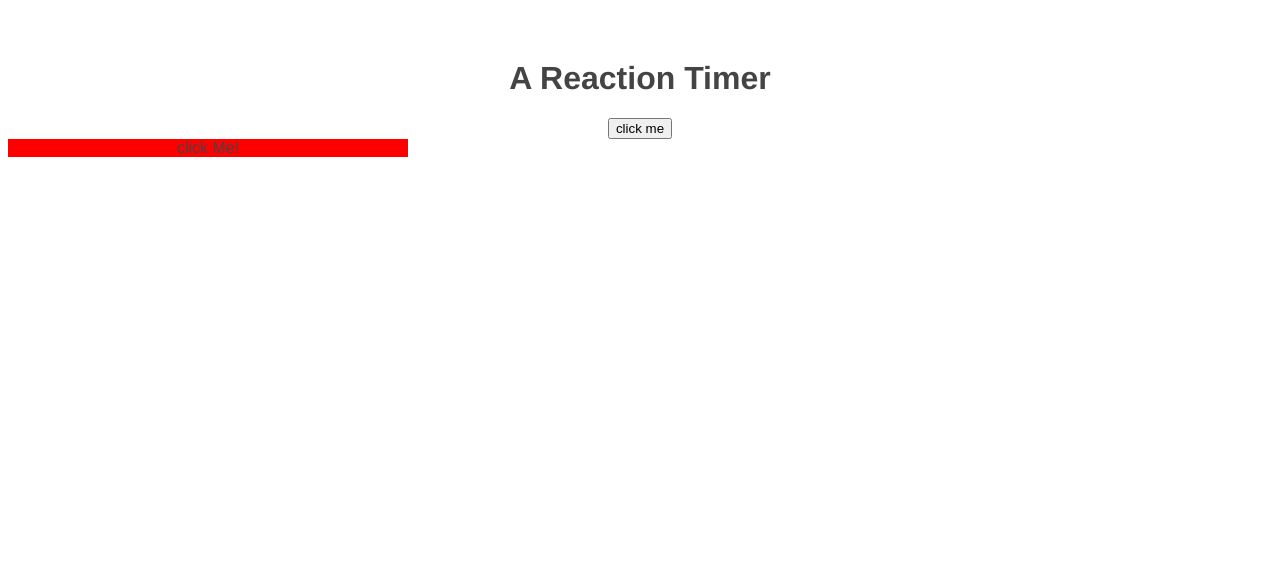
Repository: qudos4real/reaction-timer
Page: /
These files come from the project's save history. The page is drawn as it stood at one moment and after the next save; the edit follows.
The browser window is 1280 px wide. The pictures show the whole page.
The project was rebuilt for these pictures with package versions that can differ from the ones it lists, and the page was loaded fresh each time. Also part of the build but not shown: vue.config.js.

Above is the page before, as saved 2022-12-27 22:32:50.

### src/App.vue
<template>
 <h1>A Reaction Timer</h1>
 <button @click="start">click me</button>
 <Block />
</template>

<script>
import Block from './components/Block.vue';

export default {
  name: 'App',
  components: {
    Block
  },
  data() {
    return {
      isPlaying: false,
      delay: null,
    }
  },
  methods: {
    start() {
      this.isPlaying = true;
      this.delay = 2000 + Math.random() * 5000;
      console.log(this.delay);
    }
  }
}
</script>

<style>
#app {
  font-family: Avenir, Helvetica, Arial, sans-serif;
  -webkit-font-smoothing: antialiased;
  -moz-osx-font-smoothing: grayscale;
  text-align: center;
  color: #444;
  margin-top: 60px;
}
</style>

### src/components/Block.vue
<template>
    <div class="block">
        click Me!
        </div>
</template>

<script>
export default {

}
</script>

<style>
.block {
    width: 400px;
    /* height: 100px; */
    background-color: red;
}
</style>

Loaded but not shown: public/index.html (common file); src/main.js (common file)

After the next save:
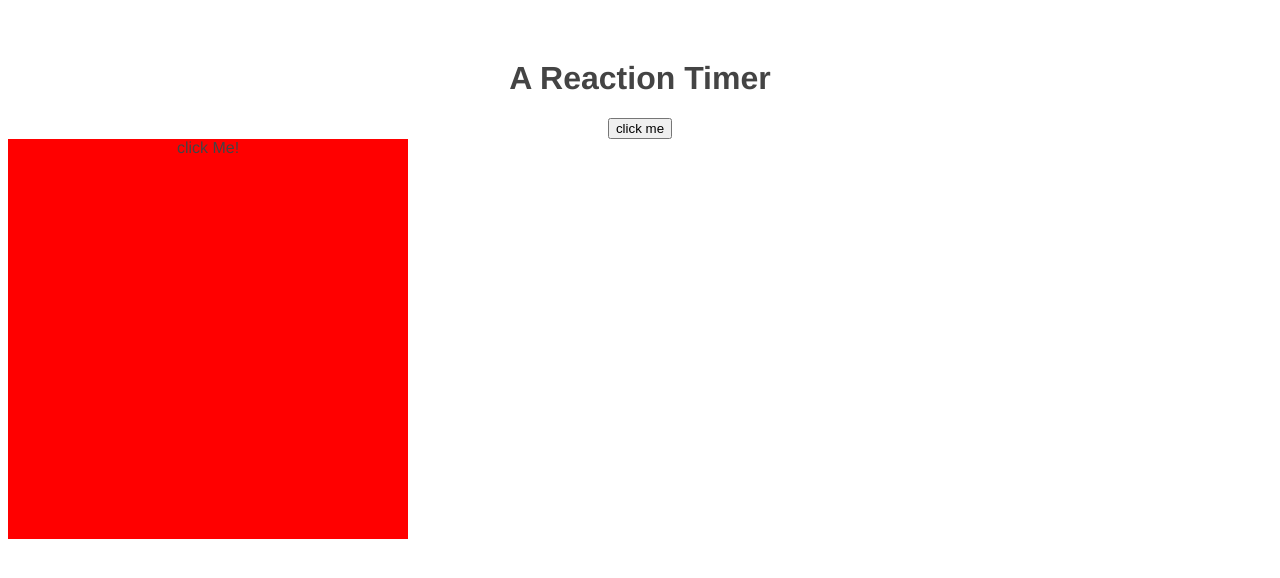
Saved 6 s later.
--- a/src/components/Block.vue
+++ b/src/components/Block.vue
@@ -13,7 +13,7 @@ export default {
 <style>
 .block {
     width: 400px;
-    /* height: 100px; */
+    height: 400px;
     background-color: red;
 }
 </style>
